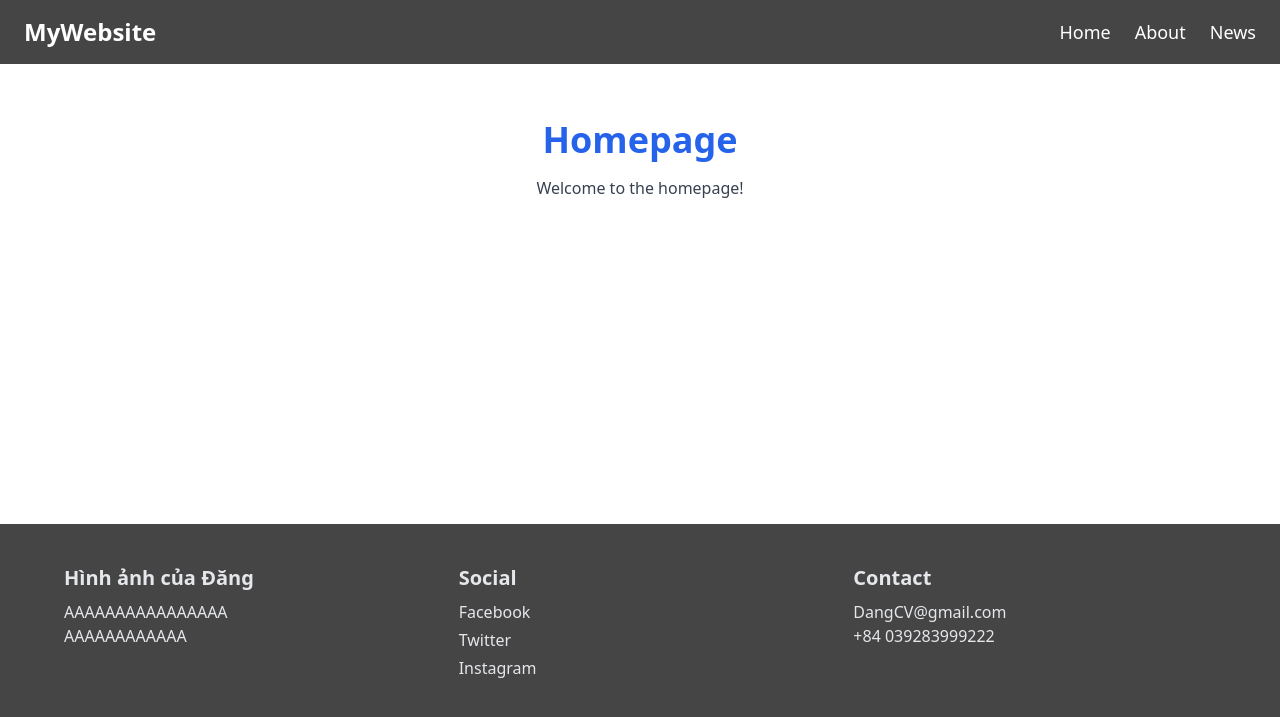
Repository: ultrakhaicraft/PRN232-Website-Showcase
Page: / (app in PRN232/)
The author's editor kept a copy of each file at every save. The page is drawn from the files as they stood at one save, then again after the next save.
The browser window is 1280 px wide. The pictures show the whole page.
The project was rebuilt for these pictures with package versions that can differ from the ones it lists, and the page was loaded fresh each time. Also part of the build but not shown: PRN232/vite.config.js, PRN232/src/pages/About.jsx, PRN232/src/pages/News.jsx.

Above is the page before, as saved 2025-09-17 18:26:13.

### PRN232/index.html
<!doctype html>
<html lang="en">
  <head>
    <meta charset="UTF-8" />
    <link rel="icon" type="image/svg+xml" href="/vite.svg" />
    <meta name="viewport" content="width=device-width, initial-scale=1.0" />
    <title>Thuyết trình MLN131</title>
  </head>
  <body>
    <div id="root"></div>
    <script type="module" src="/src/main.jsx"></script>
  </body>
</html>

### PRN232/src/main.jsx
import React from 'react'
import ReactDOM from 'react-dom/client'
import App from './App.jsx'
import './index.css'   // phải có dòng này

ReactDOM.createRoot(document.getElementById('root')).render(
  <React.StrictMode>
    <App />
  </React.StrictMode>,
)

### PRN232/src/App.jsx
import React from "react";
import { BrowserRouter as Router, Routes, Route } from "react-router-dom";

import Homepage from "./pages/HomePage";
import About from "./pages/About";
import News from "./pages/News";
import Navbar from "./components/Narbar";
import Footer from "./components/Footer";

function App() {
  return (
    <Router>
      <div className="flex flex-col min-h-screen">
        {/* Navbar */}
        <Navbar />

        {/* Nội dung page */}
        <main className="flex-grow p-6">
          <Routes>
            <Route path="/" element={<Homepage />} />
            <Route path="/about" element={<About />} />
            <Route path="/news" element={<News />} />
          </Routes>
        </main>

        {/* Footer (optional) */}
        <Footer/>
      </div>
    </Router>
  );
}

export default App;

### PRN232/src/pages/HomePage.jsx
import React from "react";

function Homepage() {
  return (
    <div className="p-8 text-center">
      <h1 className="text-4xl font-bold text-blue-600">Homepage</h1>
      <p className="mt-4 text-gray-700">Welcome to the homepage!</p>
    </div>
  );
}

export default Homepage;

### PRN232/src/components/Narbar.jsx
import React from "react";
import { Link } from "react-router-dom";

function Navbar() {
  return (
    <nav className="flex items-center justify-between px-6 py-4 text-white bg-[#454545]">
      {/* Logo */}
      <div className="text-2xl font-bold">
        <Link to="/">MyWebsite</Link>
      </div>

      {/* Menu */}
      <div className="flex justify-center gap-6 text-lg">
        <Link to="/" className="hover:text-blue-400">Home</Link>
        <Link to="/about" className="hover:text-blue-400">About</Link>
        <Link to="/news" className="hover:text-blue-400">News</Link>
      </div>
    </nav>
  );
}

export default Navbar;

### PRN232/src/components/Footer.jsx
import React from "react";

function Footer() {
  return (
    <footer className="px-6 py-10 text-gray-200 bg-[#454545]">
      <div className="grid max-w-6xl grid-cols-1 gap-8 mx-auto md:grid-cols-3">

        {/* Cột 1 */}
        <div>
          <h2 className="mb-2 text-xl font-bold">Hình ảnh của Đăng</h2>
          <p>
            AAAAAAAAAAAAAAAA <br />
            AAAAAAAAAAAA
          </p>
        </div>

        {/* Cột 2 */}
        <div>
          <h2 className="mb-2 text-xl font-bold">Social</h2>
          <ul className="space-y-1">
            <li><a href="#" className="hover:text-blue-400">Facebook</a></li>
            <li><a href="#" className="hover:text-blue-400">Twitter</a></li>
            <li><a href="#" className="hover:text-blue-400">Instagram</a></li>
          </ul>
        </div>

        {/* Cột 3 */}
        <div>
          <h2 className="mb-2 text-xl font-bold">Contact</h2>
          <p>DangCV@gmail.com</p>
          <p>+84 039283999222</p>
        </div>
      </div>
    </footer>
  );
}

export default Footer;

### PRN232/tailwind.config.js
/** @type {import('tailwindcss').Config} */
export default {
  content: [
    "./index.html",
    "./src/**/*.{js,ts,jsx,tsx}",   // rất quan trọng
  ],
  theme: {
    extend: {},
  },
  plugins: [],
};

Loaded but not shown: PRN232/src/index.css (common file)

After the next save:
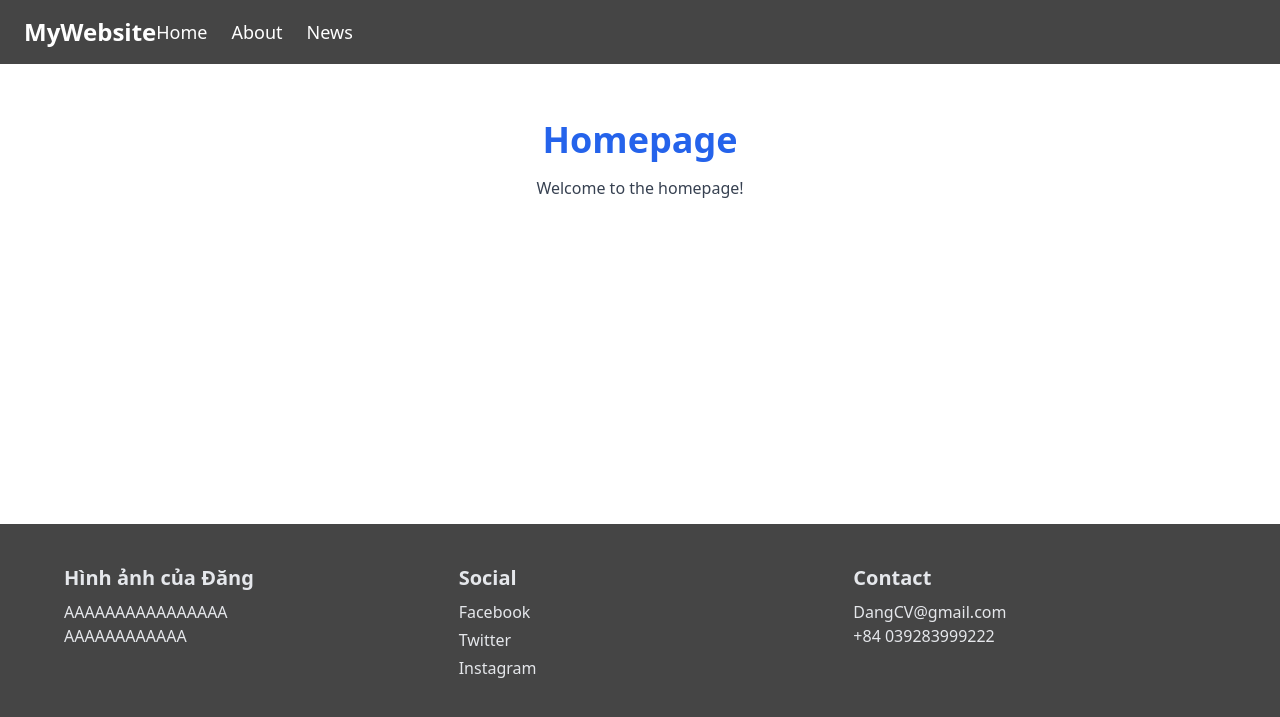
Saved 9 s later.
--- a/PRN232/src/components/Narbar.jsx
+++ b/PRN232/src/components/Narbar.jsx
@@ -3,7 +3,7 @@
 
 function Navbar() {
   return (
-    <nav className="flex items-center justify-between px-6 py-4 text-white bg-[#454545]">
+    <nav className="flex items-center  px-6 py-4 text-white bg-[#454545]">
       {/* Logo */}
       <div className="text-2xl font-bold">
         <Link to="/">MyWebsite</Link>

After the save that followed:
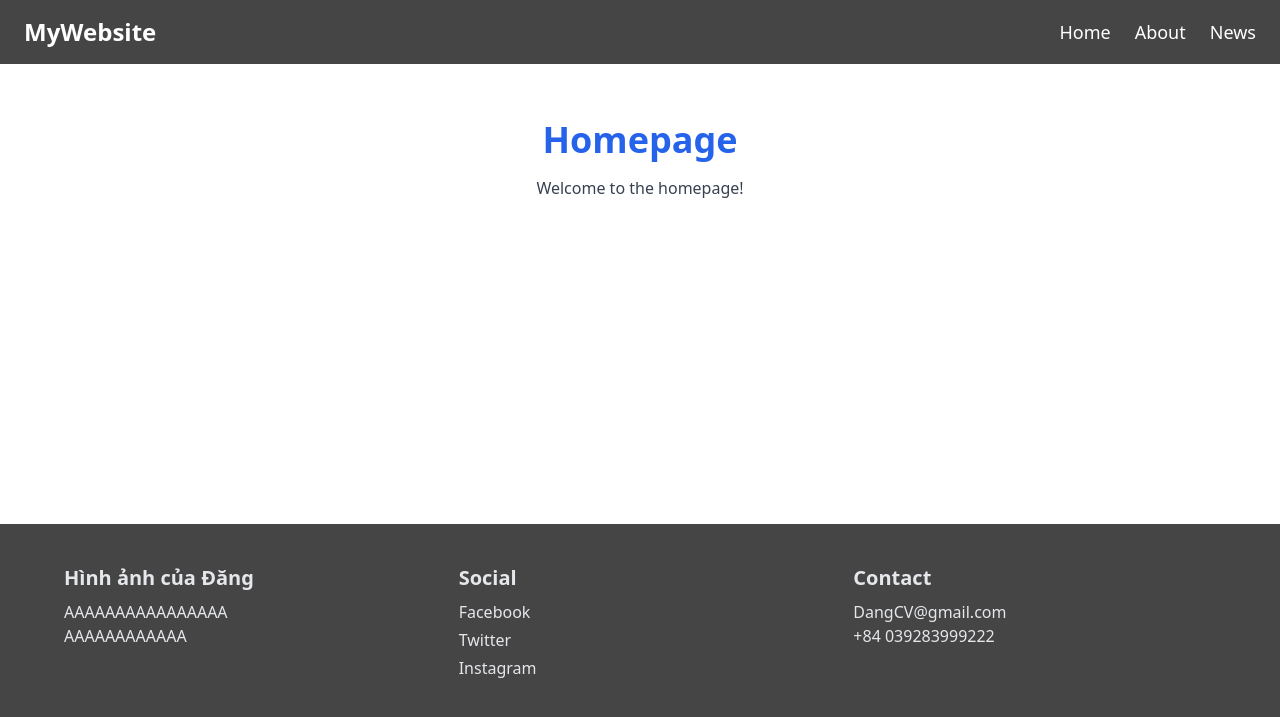
Saved 8 s later.
--- a/PRN232/src/components/Narbar.jsx
+++ b/PRN232/src/components/Narbar.jsx
@@ -3,7 +3,7 @@
 
 function Navbar() {
   return (
-    <nav className="flex items-center  px-6 py-4 text-white bg-[#454545]">
+    <nav className="flex items-center justify-between px-6 py-4 text-white bg-[#454545]">
       {/* Logo */}
       <div className="text-2xl font-bold">
         <Link to="/">MyWebsite</Link>
